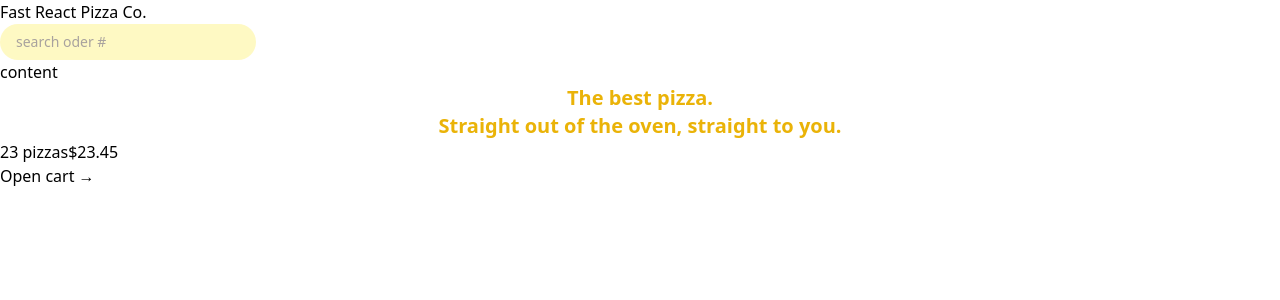
Repository: ayakhaled0001/pizza-delivery
Page: /
These files come from the project's save history. The page is drawn as it stood at one moment and after the next save; the edit follows.
The browser window is 1280 px wide. The pictures show the whole page.
The project was rebuilt for these pictures with package versions that can differ from the ones it lists, and the page was loaded fresh each time. Also part of the build but not shown: vite.config.js, src/services/apiRestaurant.jsx, src/utilities/helpers.jsx, src/features/menu/MenuItem.jsx, src/features/menu/Menu.jsx, src/features/cart/Cart.jsx, src/features/order/Order.jsx, src/ui/Loader.jsx and 1 more. Imported but missing from the stored project, and not drawn on this page: src/features/order/CreateOrder.

Above is the page before, as saved 2025-05-01 02:03:53.

After the next save:
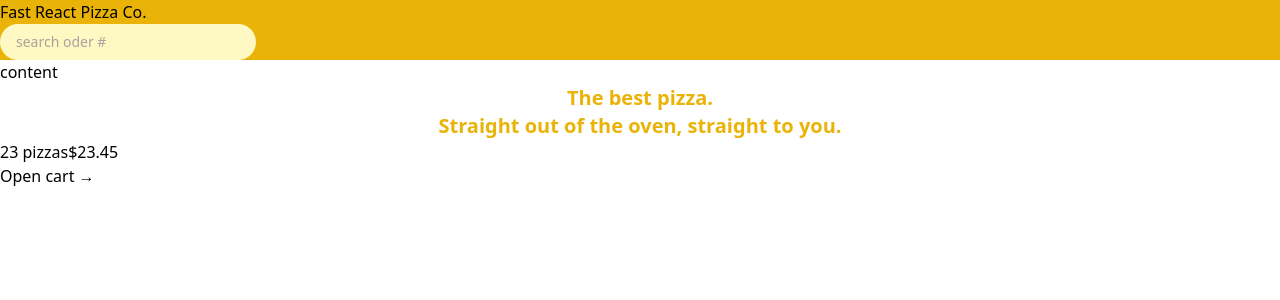
Saved 5 min 22 s later.
--- a/src/ui/Header.jsx
+++ b/src/ui/Header.jsx
@@ -3,7 +3,7 @@ import SearchOrder from "../features/order/SearchOrder.jsx";
 
 function Header() {
   return (
-    <header>
+    <header className="bg-yellow-500">
       <Link to="/">Fast React Pizza Co.</Link>
       <SearchOrder />
     </header>
